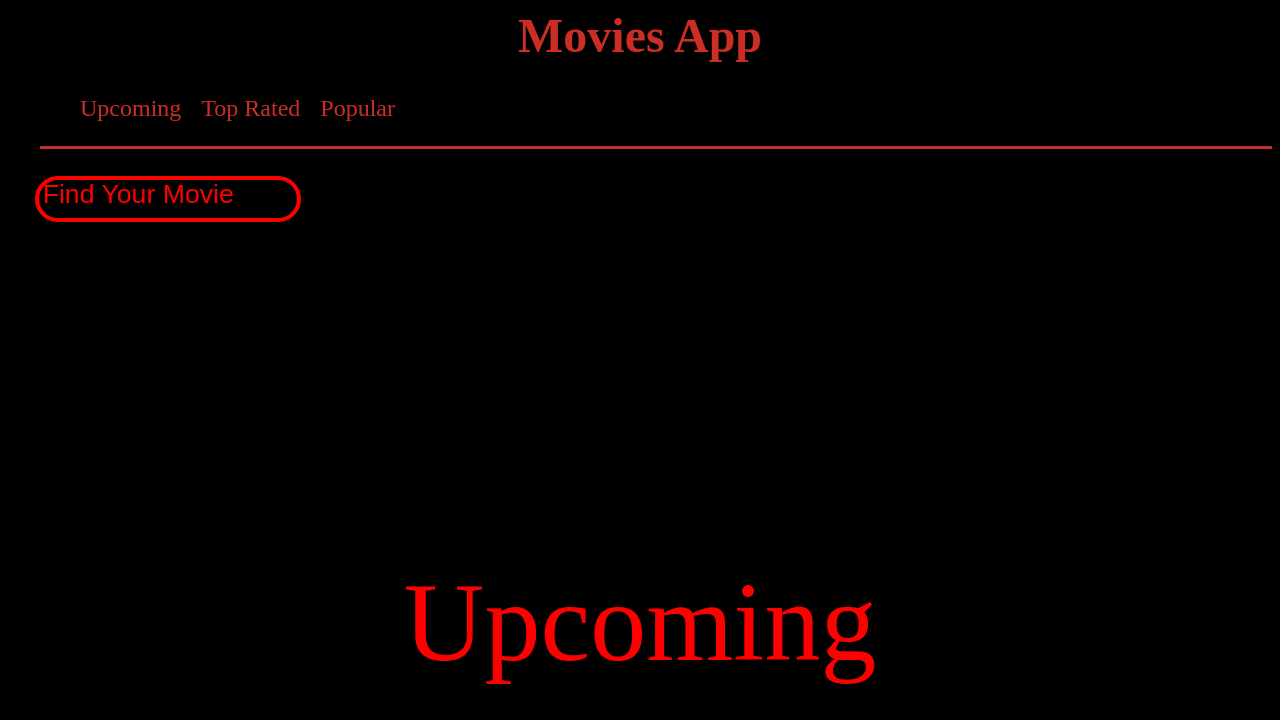
Repository: runner855/movie-app
Page: /
These files come from the project's save history. The page is drawn as it stood at one moment and after the next save; the edit follows.
The browser window is 1280 px wide. The pictures show the whole page.
The project was rebuilt for these pictures with package versions that can differ from the ones it lists, and the page was loaded fresh each time. Also part of the build but not shown: src/styles/TopRated.css, src/components/TopRated.tsx, src/styles/Popular.css, src/api/MoviesCall.tsx, src/components/Popular.tsx.

Above is the page before, as saved 2022-11-16 18:51:30.

### src/index.tsx
import React from "react";
import ReactDOM from "react-dom/client";
import { BrowserRouter } from "react-router-dom";
import "./styles/index.css";
import { App } from "./components/App";

const root = ReactDOM.createRoot(
  document.getElementById("root") as HTMLElement
);
root.render(
  <React.StrictMode>
    <BrowserRouter>
      <App />
    </BrowserRouter>
  </React.StrictMode>
);

### src/styles/index.css
body {
  background-color: #000000;
}

code {
  font-family: source-code-pro, Menlo, Monaco, Consolas, "Courier New",
    monospace;
}

### src/components/App.tsx
import React from "react";
import "../styles/App.css";
import { BrowserRouter as Router, Routes, Route, Link } from "react-router-dom";

import { NavBar } from "../components/NavBar";
import { TopRated } from "../components/TopRated";
import { Upcoming } from "./Upcoming";
import { Popular } from "./Popular";
import { MoviesFilter } from "./MoviesFilter";

export const App = () => {
  return (
    <div className="App">
      <div className="title">Movies App</div>

      <NavBar />
      <MoviesFilter />

      <Routes>
        <Route path="/" element={<Upcoming />} />

        <Route path="/top-rated" element={<TopRated />} />
        <Route path="/popular" element={<Popular />} />
      </Routes>
    </div>
  );
};

### src/styles/App.css
.title {
  color: #cc2e25;
  text-align: center;
  font-weight: bold;
  font-size: 3em;
}

### src/components/NavBar.tsx
import * as React from "react";
import "../styles/NavBar.css";
import { Link } from "react-router-dom";

export const NavBar = () => {
  return (
    <header className="navbar">
      <nav>
        <ul>
          <li>
            <Link className="item" to="/">
              Upcoming
            </Link>
          </li>
          <li>
            <Link className="item" to="/top-rated">
              Top Rated
            </Link>
          </li>
          <li>
            <Link className="item" to="/popular">
              Popular
            </Link>
          </li>
        </ul>
      </nav>
    </header>
  );
};

### src/components/Upcoming.tsx
import React from "react";
import "../styles/Upcoming.css";

export const Upcoming = () => {
  return <div className="upcoming_page">Upcoming</div>;
};

### src/components/MoviesFilter.tsx
import React, { useState } from "react";
import "../styles/MoviesFilter.css";

export const MoviesFilter = () => {
  const [input, setInput] = useState<string>("");
  return (
    <div className="movie_search">
      <input
        className="search-input"
        type="search"
        onChange={(e) => setInput(e.target.value)}
        value={input}
        placeholder={"Find Your Movie"}
      />
    </div>
  );
};

### src/styles/NavBar.css
ul {
  text-align: left;
  list-style: none;
  font-size: 1.5em;
  display: flex;
}
ul li {
  margin-right: 20px;
  color: #cc2e25;
}

a {
  text-decoration: none;
}

a,
a:visited,
a:hover,
a:active {
  color: inherit;
}

.navbar {
  margin: 2em 0em 0em 2em;
}
a:hover {
  border-bottom: solid 3px #cc2e25;
}

.logo {
  font-weight: bold;
  font-size: 1.3em;
}

.navbar {
  border-bottom: #cc2e25 solid 0.2em;
}

### src/styles/Upcoming.css
.upcoming_page {
  color: red;
  text-align: center;
  margin-top: 3em;
  font-size: 7em;
}

### src/styles/MoviesFilter.css
.movie_search input {
  text-align: left;
  margin: 2em 0em 0em 2em;
}

input {
  border: solid red 0.3em;
  border-radius: 2em;
  background-color: #0000;
  width: 20em;
  height: 3.5em;
}

input::placeholder {
  color: red;
  font-size: 2em;
  padding: 2px;
}

input,
select,
textarea {
  color: #ff0000;
}

input:focus {
  outline: none !important;
}

Loaded but not shown: public/index.html (common file)

After the next save:
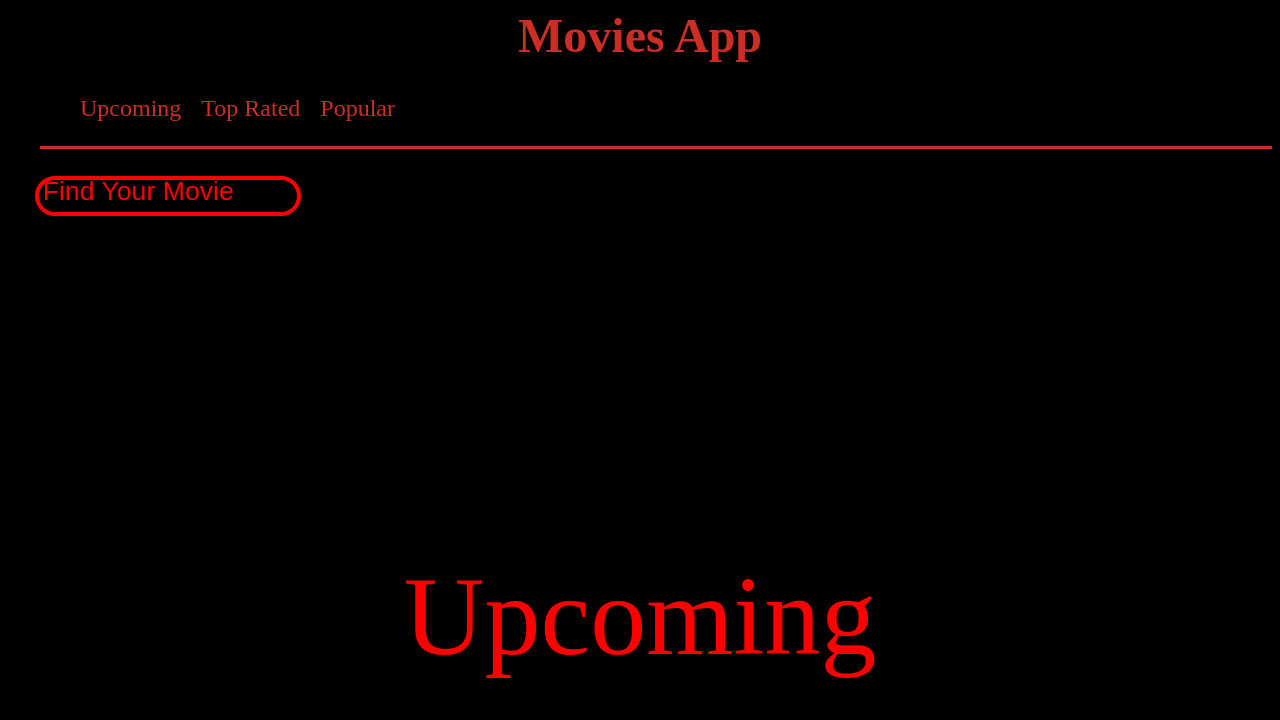
Saved 33 s later.
--- a/src/styles/MoviesFilter.css
+++ b/src/styles/MoviesFilter.css
@@ -8,7 +8,7 @@
   border-radius: 2em;
   background-color: #0000;
   width: 20em;
-  height: 3.5em;
+  height: 3em;
 }
 
 input::placeholder {
